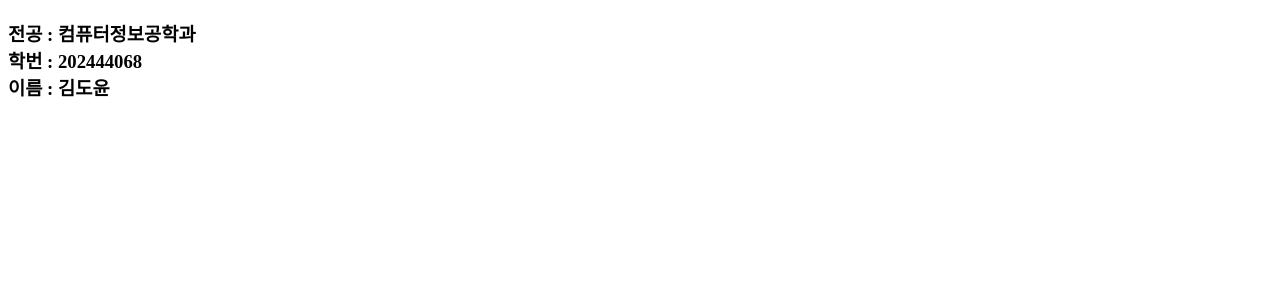
Repository: douni05/2025_JSP
Page: week1/src/main/webapp/202444068_김도윤.html
These files come from the project's save history. The page is drawn as it stood at one moment and after the next save; the edit follows.
The browser window is 1280 px wide. The pictures show the whole page.

Above is the page before, as saved 2025-08-28 03:58:56.

### week1/src/main/webapp/202444068_김도윤.html
<!DOCTYPE html>
<html>
<head>
<meta charset="UTF-8">
<title>Insert title here</title>
</head>
<body>
	<h3>전공 : 컴퓨터정보공학과<br>
	학번 : 202444068<br>
	이름 : 김도윤</h3>
</body>
</html>

After the next save:
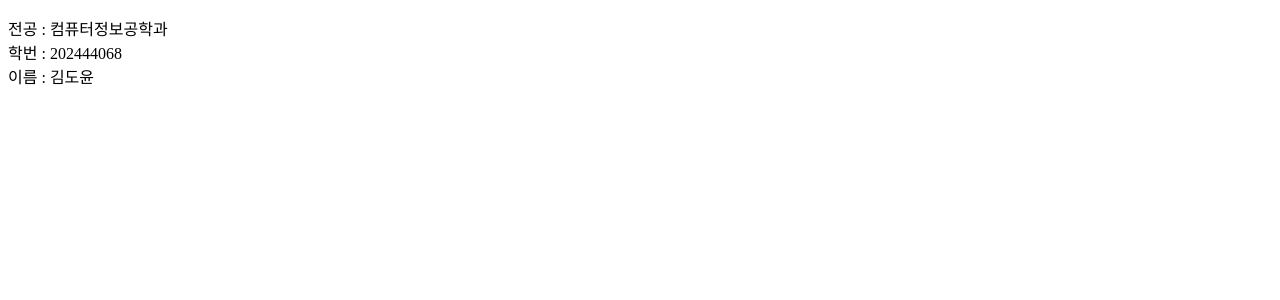
Saved 18 s later.
--- a/week1/src/main/webapp/202444068_김도윤.html
+++ b/week1/src/main/webapp/202444068_김도윤.html
@@ -5,8 +5,8 @@
 <title>Insert title here</title>
 </head>
 <body>
-	<h3>전공 : 컴퓨터정보공학과<br>
+	<p>전공 : 컴퓨터정보공학과<br>
 	학번 : 202444068<br>
-	이름 : 김도윤</h3>
+	이름 : 김도윤</p>
 </body>
 </html>
